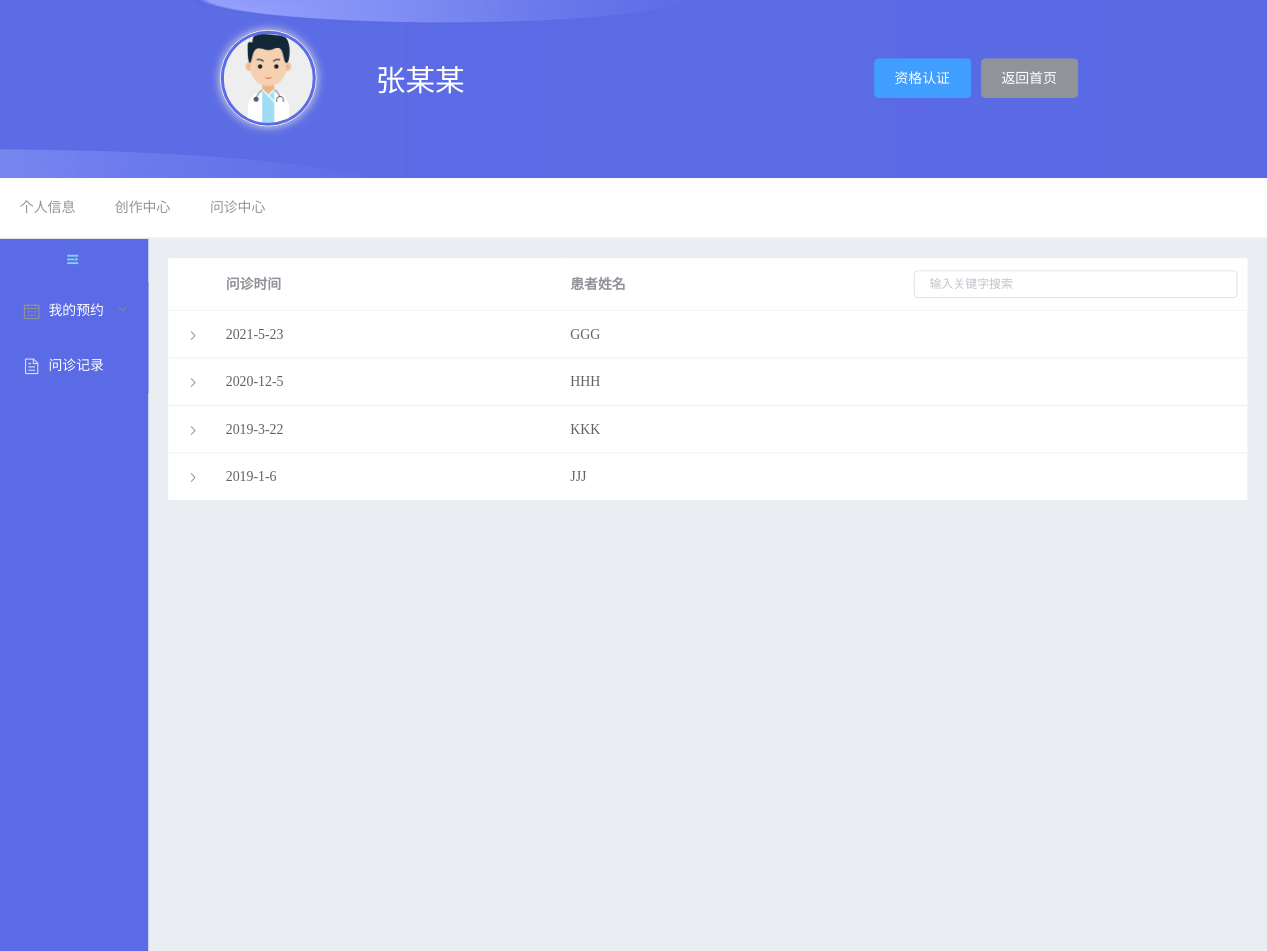
Repository: DiscreteL/SOA_Front
Page: /#/docRecord
An editor plug-in stored every save of this project. The page is shown before and after the next save, followed by the edit.
The browser window is 1280 px wide. The pictures show the whole page, at 99% of full size.
The project was rebuilt for these pictures with package versions that can differ from the ones it lists, and the page was loaded fresh each time. Also part of the build but not shown: vue.config.js, src/components/navigation.vue, src/components/dialog.vue, src/views/news.vue, src/components/announcement.vue, src/components/patientKnow.vue, src/views/Home.vue, src/views/login.vue and 15 more.

Above is the page before, as saved 2021-11-29 18:13:18.

After the next save:
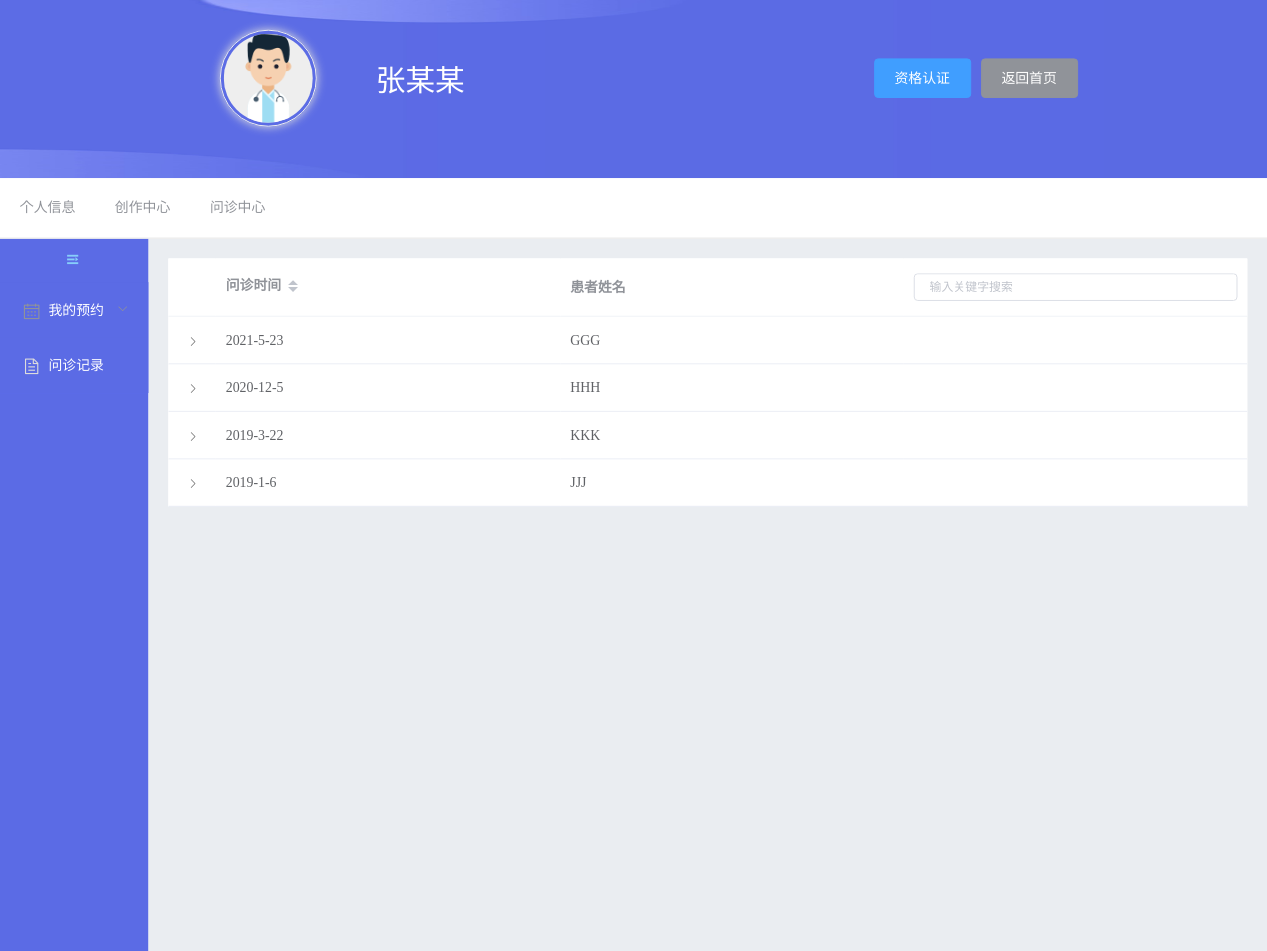
Saved 41 s later.
--- a/src/views/doctor/consult/docRecord.vue
+++ b/src/views/doctor/consult/docRecord.vue
@@ -5,7 +5,7 @@
     <el-table-column type="expand">
       <template slot-scope="props">
         <el-form label-position="left" inline class="demo-table-expand">
-          <el-form-item label="问诊时间" sortable>
+          <el-form-item label="问诊时间">
             <span>{{ props.row.time }}</span>
           </el-form-item>
           <el-form-item label="患者姓名">
@@ -20,7 +20,7 @@
         </el-form>
       </template>
     </el-table-column>
-    <el-table-column label="问诊时间" prop="time"> </el-table-column>
+    <el-table-column label="问诊时间" prop="time" sortable> </el-table-column>
     <el-table-column label="患者姓名" prop="name"> </el-table-column>
     <el-table-column align="right">
       <template slot="header" slot-scope="scope">
